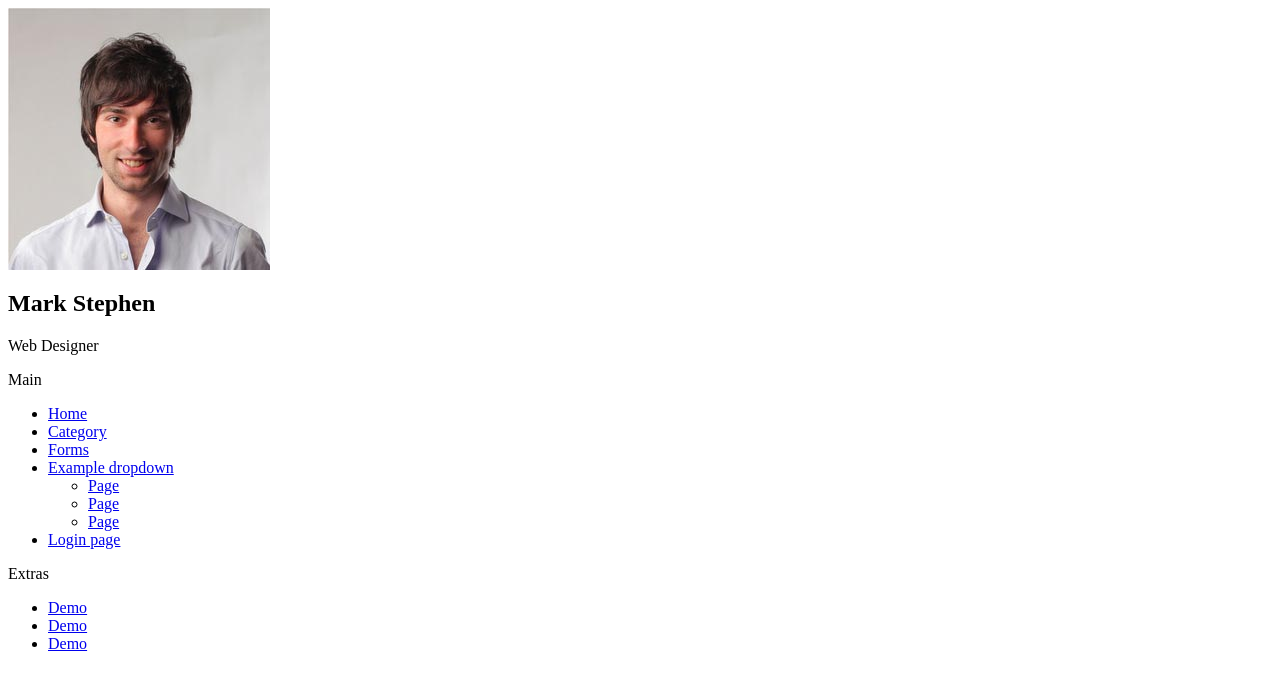
Repository: tanimtanzilislam/ecommerce_project_laravel
Page: resources/views/admin/sidebar.blade.php
These files come from the project's save history. The page is drawn as it stood at one moment and after the next save; the edit follows.
The browser window is 1280 px wide. The pictures show the whole page.
The page is served by the project's Laravel application, run on PHP 8.4 with Laravel 12. The template is opened directly, without the code that normally fills it, so the values that code supplies are empty.

Above is the page before, as saved 2025-06-15 20:08:04.

After the next save:
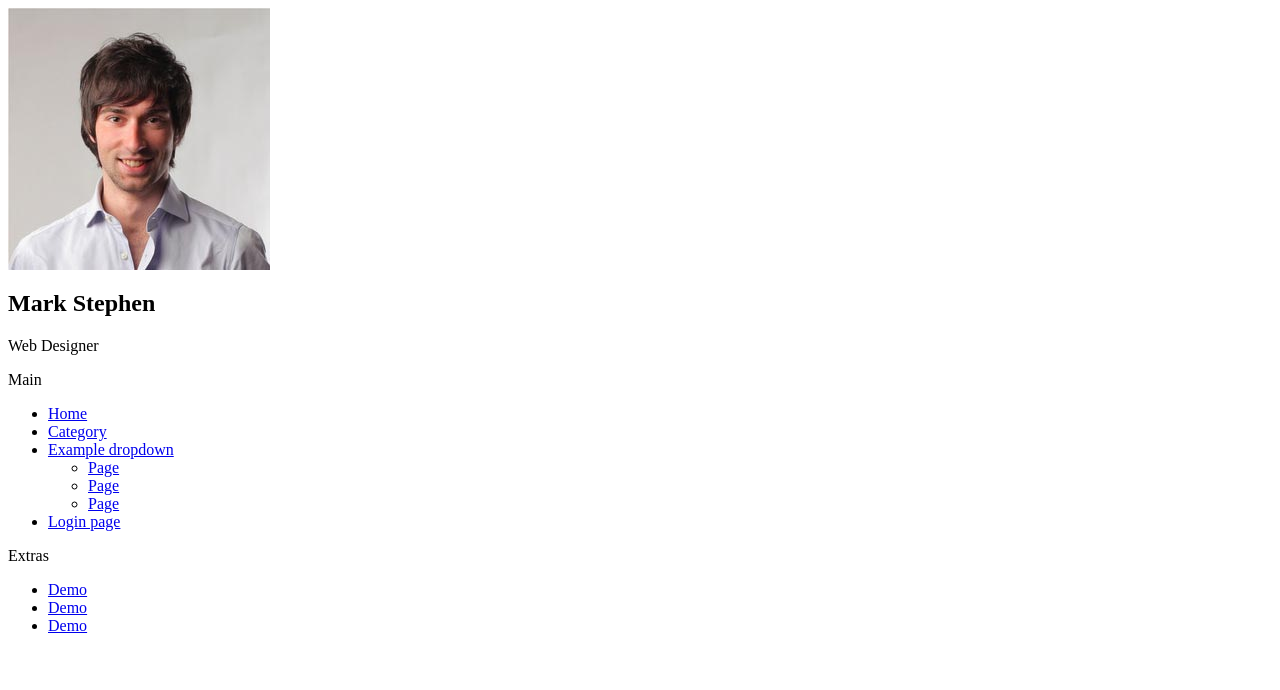
Saved 6 s later.
--- a/resources/views/admin/sidebar.blade.php
+++ b/resources/views/admin/sidebar.blade.php
@@ -12,7 +12,7 @@
                 <li class="active"><a href="index.html"> <i class="icon-home"></i>Home </a></li>
                 <li><a href="tables.html"> <i class="icon-grid"></i>Category </a></li>
 
-                <li><a href="forms.html"> <i class="icon-padnote"></i>Forms </a></li>
+
                 <li><a href="#exampledropdownDropdown" aria-expanded="false" data-toggle="collapse"> <i class="icon-windows"></i>Example dropdown </a>
                   <ul id="exampledropdownDropdown" class="collapse list-unstyled ">
                     <li><a href="#">Page</a></li>
